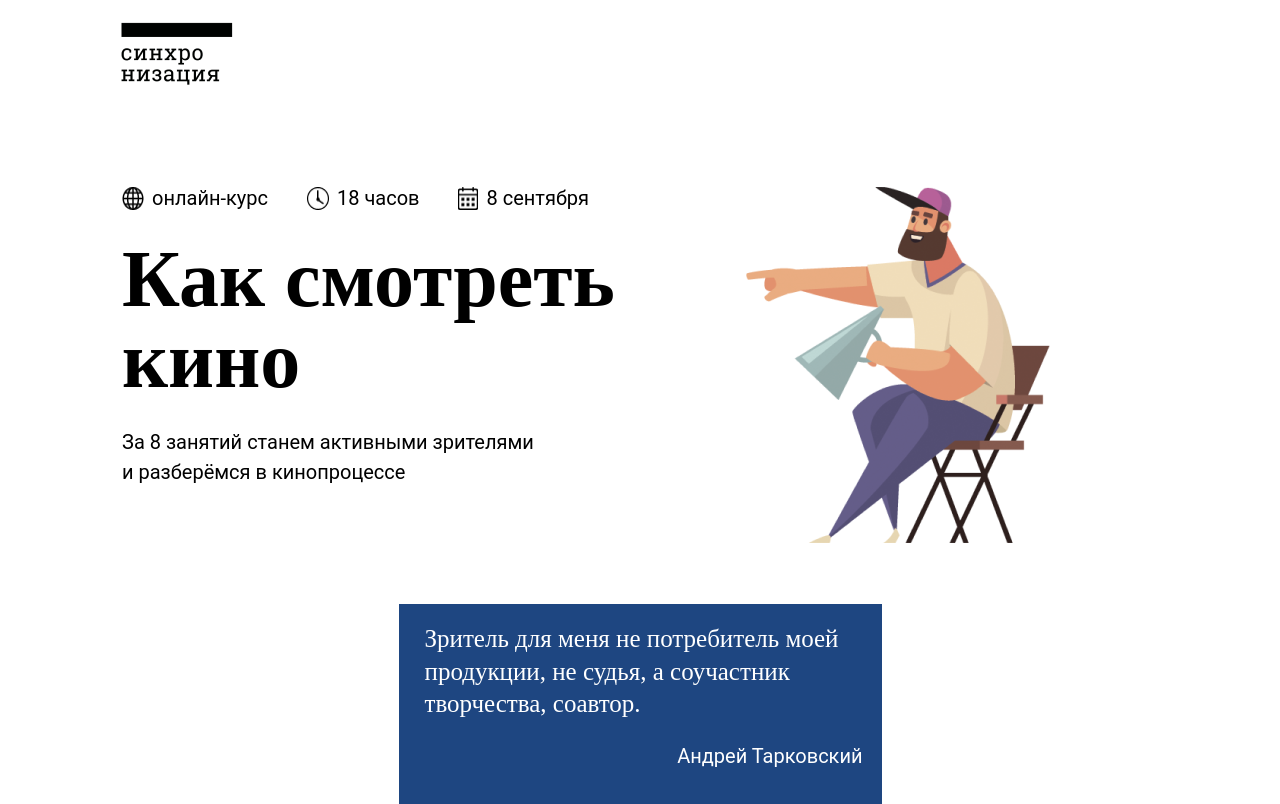
Repository: PoladEziz/Task-8
Page: index.html
The author's editor kept a copy of each file at every save. The page is drawn from the files as they stood at one save, then again after a run of saves.
The browser window is 1280 px wide. The pictures show the whole page.

Above is the page before, as saved 2023-05-25 16:14:42.

After the next 2 saves:
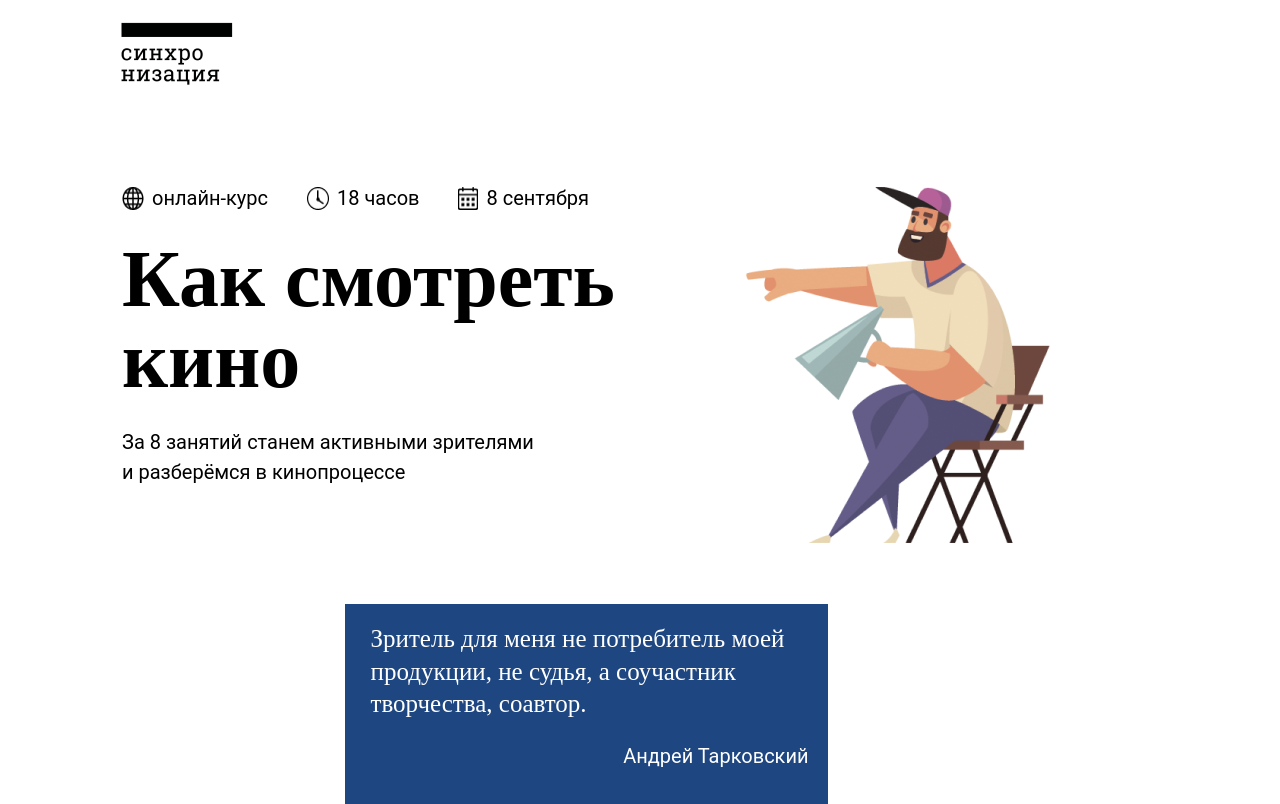
The 2 saves are shown as one change because they came seconds apart.
The last was saved 79 s later.
--- a/index.css
+++ b/index.css
@@ -7,6 +7,8 @@
 .main {
     width: 100%;
     min-height: 100vh;
+        padding: 187px 230px 0px 122px;
+
     display: flex;
     flex-direction: column;
 }
@@ -15,7 +17,6 @@
     width: 100%;
     display: flex;
     justify-content: space-between;
-    padding: 187px 230px 0px 122px;
 }
 
 .bot {
